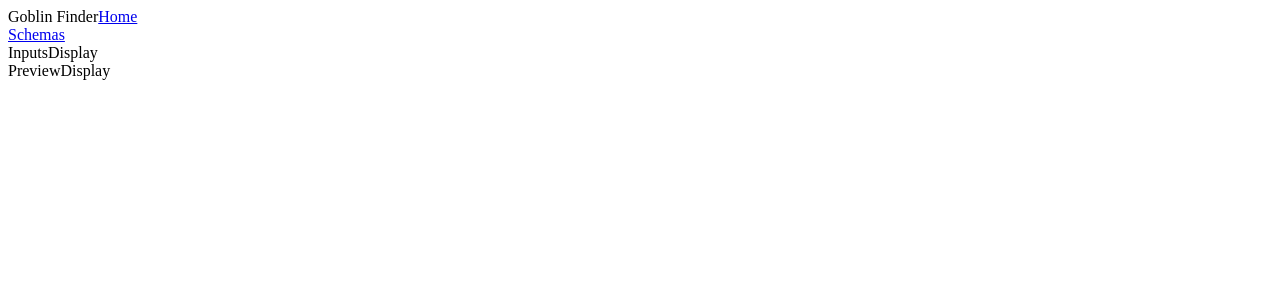
Repository: PseudoDD/DittoData
Page: /
An editor plug-in stored every save of this project. The page is shown before and after the next save, followed by the edit.
The browser window is 1280 px wide. The pictures show the whole page.
The project was rebuilt for these pictures with package versions that can differ from the ones it lists, and the page was loaded fresh each time. Also part of the build but not shown: webpack.config.js, client/containers/MainContainer.jsx, client/components/Login.jsx, client/components/SchemasDisplay.jsx.

Above is the page before, as saved 2022-08-29 19:53:03.

After the next save:
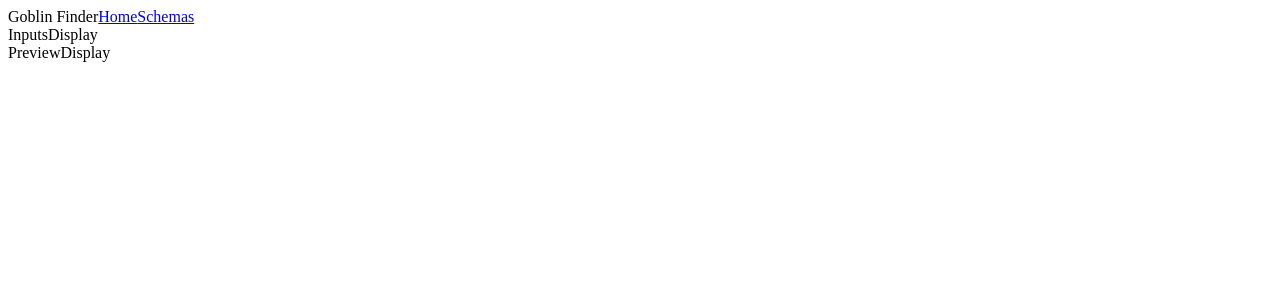
Saved 11 s later.
--- a/client/components/Navbar.jsx
+++ b/client/components/Navbar.jsx
@@ -8,7 +8,7 @@ export default function Navbar() {
     <Box component="span" className="Navbar">
       <Box component="span">Goblin Finder</Box>
       <Box component="span"><Link className="nav-link" to="/">Home</Link></Box>
-      <div><Link className="nav-link" to="/schemas">Schemas</Link></div>
+      <Box component="span"><Link className="nav-link" to="/schemas">Schemas</Link></Box>
     </Box>
   )
 }
